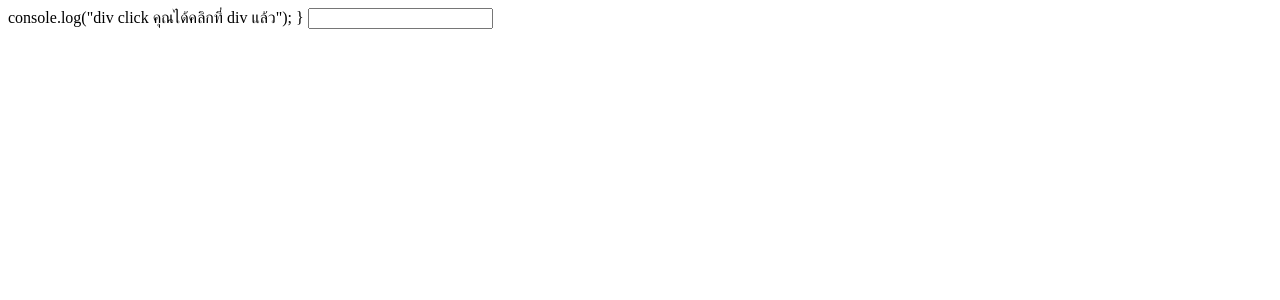
Repository: Onpreeya1/241-2567-820-
Page: testjs.html
The author's editor kept a copy of each file at every save. The page is drawn from the files as they stood at one save, then again after a run of saves.
The browser window is 1280 px wide. The pictures show the whole page.

Above is the page before, as saved 2025-01-27 15:43:25.

### testjs.html
 <!DOCTYPE html>
 <html lang="en">
 <head>
    <meta charset="UTF-8">
    <meta name="viewport" content="width=device-width, initial-scale=1.0">
    <title>Document</title>
 </head>
 <body>

    console.log("div click คุณได้คลิกที่ div แล้ว");
}
    <input type=""
 </body>
 </html>

After the next 2 saves:
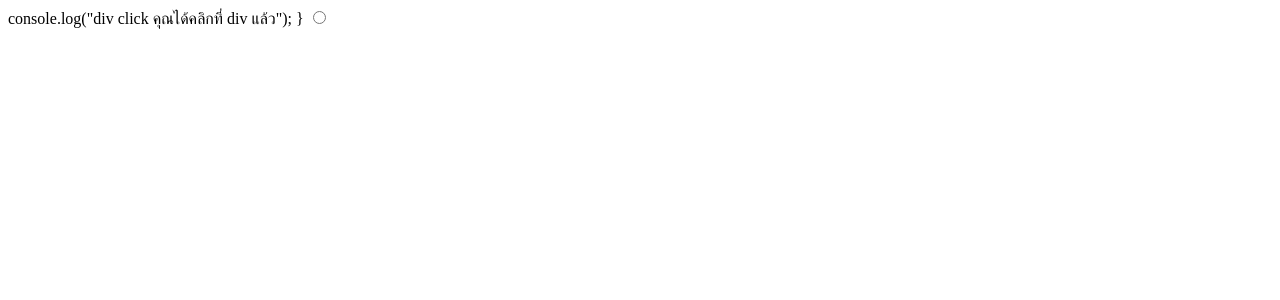
The 2 saves are shown as one change because they came seconds apart.
The last was saved 5 s later.
--- a/testjs.html
+++ b/testjs.html
@@ -9,6 +9,6 @@
 
     console.log("div click คุณได้คลิกที่ div แล้ว");
 }
-    <input type=""
+    <input type="radio"
  </body>
  </html>
